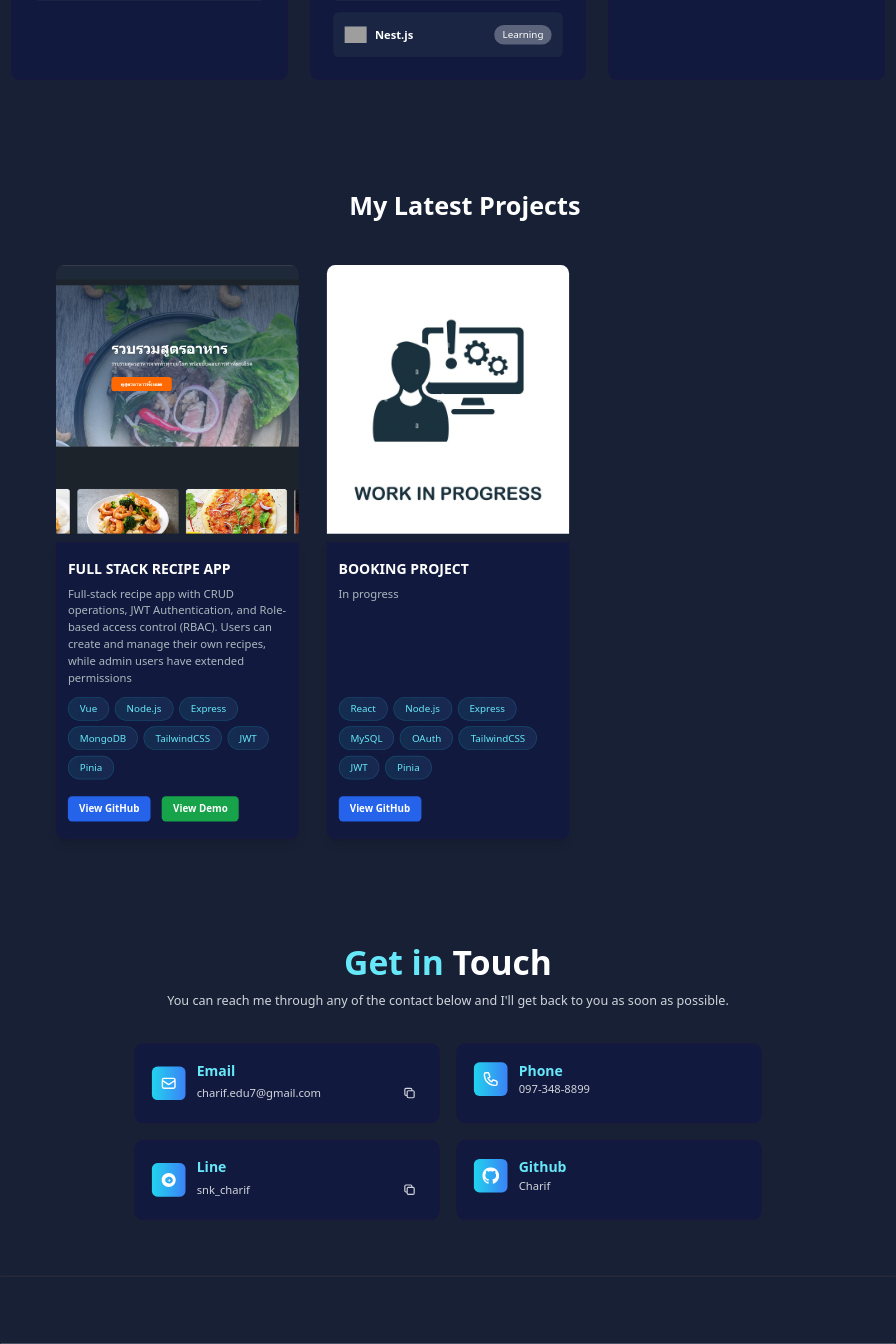
Repository: Charifx7/MyPortfolio
Page: /
These files come from the project's save history. The page is drawn as it stood at one moment and after a run of saves; the edit follows.
The browser window is 1280 px wide. The pictures show the part of the page from y = 1592 to 3512 px (the page is 3512 px tall), at 70% of full size.
Pictures or frames that could not be fetched are drawn as grey boxes. The project was rebuilt for these pictures with package versions that can differ from the ones it lists, and the page was loaded fresh each time. Also part of the build but not shown: vite.config.js.

Above is the page before, as saved 2026-02-14 10:48:29.

### src/App.vue
<template>
  <div class="bg-[#172035] min-h-screen w-full">
    <!-- Wrap components in Suspense to handle loading -->
     <Suspense>
      <template #default>
        <!-- Wrap all Components inside a single root element -->
         <div class="bg-[#172035]">
            <NavBar />
            <HeroSection />
            <AboutSection />
            <ExperienceAndSkills />
            <LatestProjSection />
            <ContactSection />
            <Footer/>
            <BackToTop />
      </div>
    </template>
    <template #fallback>
      <div class="flex justify-center items-center min-h-screen bg-[#172035]">
          <loadingSpinner />
      </div>
    </template>
  </Suspense>
  </div>
</template>

<script setup>
 import { defineAsyncComponent } from 'vue';
//Import Components Asynchronously
const NavBar = defineAsyncComponent(()=>import('@/components/NavBar.vue'));
const HeroSection = defineAsyncComponent(()=>import('@/components/HeroSection.vue'));
const ServicesSection = defineAsyncComponent(()=>import('@/components/ServicesSection.vue'));
const AboutSection = defineAsyncComponent(()=>import('@/components/AboutSection.vue'));
const TestimonialsSection = defineAsyncComponent(()=>import('@/components/TestimonialsSection.vue'));
const LatestProjSection = defineAsyncComponent(()=>import('@/components/LatestProjSection.vue'));
const ExperienceAndSkills = defineAsyncComponent(()=>import('@/components/ExperienceAndSkills.vue'));
const ContactSection = defineAsyncComponent(()=>import('@/components/ContactSection.vue'));
const Footer = defineAsyncComponent(()=>import('@/components/Footer.vue'));
const BackToTop = defineAsyncComponent(()=>import('@/components/BackToTop.vue'));
import loadingSpinner from './components/loadingSpinner.vue';
</script>
<style>

*{
  scrollbar-width: thin;
  scrollbar-color: #111827 #f1f1f1;
}

/* Add these styles to ensure background color consistency */
html, body {
  background-color: #172035;
  min-height: 100%;
}
</style>

### src/components/loadingSpinner.vue
<template>
    <div class="flex justify-center items-center h-full">
        <svg class="animate-spin h-16 w-16 text-white" xmlns="http://www.w3.org/2000/svg" viewBox="0 0 24 24">
            <defs>
                <linearGradient id="gradient1" x1="0%" y1="0%" x2="100%" y2="100%">
                    <stop offset="0%" stop-color="#00aeff" />
                    <stop offset="100%" stop-color="#dbebfa" />
                </linearGradient>
            </defs>
            <circle class="opacity-25" cx="12" cy="12" r="10" stroke="url(#gradient1)" stroke-width="4" fill="none">
            </circle>
            <path fill="#00aeff" d="M4 12a8 8 0 018-8V0C5.373 0 0 5.373 0 12h4z"></path>
        </svg>
    </div>
</template>

### src/components/NavBar.vue
<template>
    <header class="flex justify-between items-center p-6 bg-opacity-50 relative z-20 ">
        <div class="text-white text-xl font-bold"></div>
        <!-- Mobile Toggle Button -->
        <div class="md:hidden z-30">
            <button type="button" class="block focus:outline-none" @click="isMenuOpen = !isMenuOpen">
                <span v-if="isMenuOpen" class="text-5xl">
                    <img src="https://img.icons8.com/ios-filled/100/ffffff/delete-sign.png" alt="close" width="50"
                        height="50">
                </span>
                <span v-else class="text-5xl">
                    <img src="https://img.icons8.com/ios-filled/100/ffffff/menu--v6.png" alt="menu" width="50"
                        height="50">
                </span>
            </button>
        </div>
        <!-- Navbar Link -->
        <nav :class="['fixed inset-0 z-20 flex flex-col items-center justify-center bg-[#111827] md:relative md:bg-transparent md:flex md:justify-between md:flex-row',
            isMenuOpen ? 'block' : 'hidden'
        ]">
            <ul class="flex flex-col items-center space-y-5 md:flex-row md:space-x-5 md:space-y-0">
                <li v-for="item in Menu" :key="item.name">
                    <a :href="item.href"
                        class="block text-white transition hover:text-cyan-300 ease-linear text-2xl md:text-lg"
                        @click="scrollToSection(item.href)">
                        {{ item.name }}
                    </a>
                </li>
            </ul>
        </nav>
    </header>
</template>
<script setup>
import { ref } from 'vue';
const Menu = ref([
    { name: 'About Me', href: '#about' },
    { name: 'Skills', href: '#skills' },
    { name: 'Projects', href: '#projects' },
    { name: 'Contact', href: '#contact' },
]);

const isMenuOpen = ref(false)
const scrollToSection = (href) => {
    isMenuOpen.value = false;
    const section = document.querySelector(href);
    if (section) {
        section.scrollIntoView({ behavior: 'smooth' });
    }

}

</script>

### src/components/HeroSection.vue
<template>
    <section class="relative w-full" data-aos="zoom-in-up">
        <div class="w-full px-5 sm:px-8 md:px-12 lg:px-8 max-w-screen-lg lg:max-w-screen-xl mx-auto relative">
            <div class="grid lg:grid-cols-2 gap-10 xl:gap-14 relative pt-24 lg:max-w-none max-w-2xl md:max-w-3xl mx-auto">
                <div class="lg:py-6">
                    <div class="text-center lg:text-left">
                        <h1 class="pt-4 text-white font-bold text-4xl md:text-5xl lg:text-6xl">
                            Hi, I'm <span
                                class="text-transparent bg-gradient-to-r sm:bg-gradient-to-b md:bg-gradient-to-l lg:bg-gradient-to-r bg-clip-text from-cyan-400 to-blue-600">
                                Charif
                            </span>
                        </h1>
                    </div>
                    <p
                        class="text-gray-300 pt-8 text-center lg:text-left mx-auto max-w-xl text-4xl text-transparent bg-gradient-to-r sm:bg-gradient-to-b md:bg-gradient-to-l lg:bg-gradient-to-r from-cyan-400 to-blue-600 bg-clip-text">
                        Web Developer
                    </p>
                    <div class="flex items-center gap-3 pt-9 flex-col sm:flex-row sm:w-max sm:mx-auto lg:mx-0">
                        <a href="https://drive.google.com/file/d/1FlvfmhR0NsK0Ti8Xo9rk8j5-feIFt_Xn/view?usp=sharing" target="_blank" class="w-full sm:w-max">
                            <button class="border ry px-6 md:px-7 py-3 rounded-full relative group w-full flex justify-center
            bg-gradient-to-r from-cyan-600 to-blue-600 transition-transform duration-500 hover:scale-105"
                                style="background-color: #4DD0E1; border-color: #004d73;">
                                <span class="text-lg font-bold text-white">Resume</span>
                            </button>
                        </a>
                    </div>
                </div>
                <div class="flex items-center justify-center lg:h-full md:h-auto">
                    <div
                        class="relative flex items-center justify-center w-72 h-72 sm:w-96 sm:h-96 rounded-full shadow-lg border">
                        <img src="@/assets/top_picture.jpg" alt="Hero pic" width="500" height="auto" loading="lazy"
                            class="w-full h-full rounded-full object-cover fade-in-zoom" />
                        <div
                            class="absolute inset-0 bg-gradient-to-tr opacity-25 from-[#007fdb] to-[#832561] blur-2xl z-[-1]">
                        </div>
                    </div>
                </div>
            </div>
        </div>
    </section>
</template>
<script setup>
import { ref } from 'vue';
const Menu = ref([
    { name: 'About Me', href: '#about' },
    { name: 'Skills', href: '#skills' },
    { name: 'Projects', href: '#projects' },
    { name: 'Contact', href: '#contact' },
]);

import AOS from 'aos';
import 'aos/dist/aos.css';
AOS.init();
</script>

<style>
@keyframes fadeInZoom {
    0% {
        opacity: 0;
        transform: scale(0.9);
    }

    100% {
        opacity: 1;
        transform: scale(1);
    }
}

.fade-in-zoom {
    animation: fadeInZoom 1s ease-out forwards;
}
</style>

### src/components/AboutSection.vue
<template>
    <section class="text-white mt-18 w-full" id="about">
        <div class="absolute z-0 top-[93rem] inset-x-0 h-64 flex items-start">
            <div class="h-24 w-64 bg-gradient-to-br opacity-20"></div>
        </div>
        <div class="grid grid-cols-1 md:grid-cols-2 gap-16 items-start py-8 px-4 xl:gap-16 sm:py-16 xl:px-16 z-1">
            <!-- Education Section -->
            <div data-aos="flip-right" class="space-y-8">
                <h2 class="text-4xl font-bold text-white text-left mb-4">
                    <span class="text-cyan-300">Education</span>
                </h2>
                <div class="space-y-8">
                    <div v-for="element in education" :key="element.id"
                        class="flex items-center rounded-xl shadow-lg border border-[#1f1641] py-3 bg-gradient-to-r from-[#111a3e] to-[#111a3e]">
                        <div class="w-full pl-4">
                            <h3 class="text-cyan-300 text-left text-2xl">
                                {{ element.School }}
                            </h3>
                            <p class="text-white">{{ element.program }}</p>
                            <p class="text-white">{{ element.year }}</p>
                        </div>
                    </div>
                    <h2 class="text-4xl font-bold text-white text-left mb-4">
                        <span class="text-cyan-300">Work Experience</span>
                    </h2>
                    <div class="space-y-8">
                        <div v-for="element in workExperience" :key="element.id"
                            class="flex items-center rounded-xl shadow-lg border border-[#1f1641] py-3 bg-gradient-to-r from-[#111a3e] to-[#111a3e]">
                            <div class="w-full pl-4">
                                <h3 class="text-cyan-300 text-left text-2xl">
                                    {{ element.Company }}
                                </h3>
                                <p class="text-white">{{ element.role }}</p>
                                <p class="text-white">{{ element.duration }}</p>
                            </div>
                        </div>
                    </div>
                </div>
            </div>
            <!-- About Me Section -->
            <div class="space-y-8" data-aos="flip-right">
                <h2 class="text-4xl font-bold text-white text-left mb-4">
                    <span class="text-cyan-300">About</span> Me
                </h2>
                <p class="text-base lg:text-lg">
                    My name is Muhammadcharif Binlateh, and I am graduate in Computer Science
                    with a passion for creating responsive, user-friendly websites. I am always eager to learn new
                    technologies to improve my skills. In addition, I am ready to
                    provide technical assistance within the organization, and I look forward to growing in the field of
                    web development.
                </p>
            </div>
        </div>
    </section>
</template>

<script setup>
import { ref } from 'vue';
const education = ref([
    {
        id: 1,
        School: 'Prince of Songkla University',
        program: 'Bachelor of Science (Computer Science)',
        year: '2019-2023'
    },
])
const workExperience = ref([
    {
        id: 1,
        Company: 'BRK Inter Transport Company Limited',
        role: 'IT Programmer',
        duration: 'Oct 2025 - Current'
    },
])
</script>

### src/components/LatestProjSection.vue
<template>
    <section class="text-white mt-20" id="projects">
        <div class="px-4 xl:pl-16">
            <div class="mb-4 flex justify-center">
                <h2 class="text-4xl font-bold text-white" data-aos="fade-up">My Latest Projects</h2>
            </div>
            <ul class="px-4 sm:py-16 xl:pr-16 grid grid-cols-1 gap-6 pt-10 sm:grid-cols-2 md:gap-10 md:pt-12 lg:grid-cols-3"
                data-aos="fade-right">
                <div v-for="project in Projects" :key="project.id"
                    class="flex flex-col h-full transition-transform duration-500 hover:scale-105">
                    <div class="h-52 md:h-[24rem] rounded-t-xl relative flex items-center justify-center"
                        :style="{
                            backgroundImage: 'url(' + project.image + ')',
                            backgroundSize: 'cover',
                            backgroundPosition: 'center',
                            backgroundRepeat: 'no-repeat'
                        }">
                    </div>
                    <div class="flex flex-col flex-grow text-white rounded-b-xl mt-3 bg-[#111a3e] shadow-lg border border-[#1f1641] py-6 px-4">
                        <h3 class="text-lg font-semibold uppercase lg:text-xl">{{ project.title }}</h3>
                        <p class="text-[#ADB7BE] flex-grow min-h-[60px] mt-2">{{ project.description }}</p>
                        <div class="flex flex-wrap gap-2 mt-4 mb-6">
                            <div v-for="technology in project.technologies" :key="technology"
                                class="text-center rounded-full px-4 py-1.5 text-sm font-medium
                                       bg-gradient-to-r from-cyan-400/10 to-blue-400/10
                                       border border-cyan-400/20
                                       text-cyan-300 "
                            >
                                {{ technology }}
                            </div>
                        </div>
                        <!-- Buttons for GitHub and Demo -->
                        <div class="flex mt-auto space-x-4">
                            <a :href="project.gitURL" target="_blank"
                                class="px-4 py-2 text-sm font-semibold text-white bg-blue-600 rounded-md hover:bg-blue-700">
                                View GitHub
                            </a>
                            <a v-if="project.webURL" :href="project.webURL" target="_blank"
                                class="px-4 py-2 text-sm font-semibold text-white bg-green-600 rounded-md hover:bg-green-700">
                                View Demo
                            </a>
                        </div>
                    </div>
                </div>
            </ul>
        </div>
    </section>
</template>
<script setup>
import { ref, computed } from 'vue';

const Projects = ref([
    {
        id: 1,
        image: '/assets/project3.png',
        title: 'Full stack Recipe app',
        description: 'Full-stack recipe app with CRUD operations, JWT Authentication, and Role-based access control (RBAC). Users can create and manage their own recipes, while admin users have extended permissions',
        technologies: ['Vue','Node.js','Express', 'MongoDB','TailwindCSS', 'JWT','Pinia'],
        gitURL: 'https://github.com/Charifx7/fullstack_MEVN_recipe_app',
        webURL: 'https://fullstack-mevn-recipe-app-charif.vercel.app/'
    },

    {
        id: 4,
        image: '/assets/project0.jpg',
        title: 'Booking Project',
        description: 'In progress',
        technologies: ['React', 'Node.js', 'Express','MySQL','OAuth','TailwindCSS','JWT','Pinia'],
        gitURL: 'https://github.com/Charifx7',
        webURL: ''
    },
    // {
    //     id: 0,
    //     image: '/assets/project0.jpg',
    //     title: 'TEMP',
    //     description: 'TEMP',
    //     technologies: ['TEMP'],
    //     gitURL: 'https://github.com/Charifx7',
    //     webURL: ''
    // },

]);



</script>

### src/components/Footer.vue
<template>
    <footer class="mt-8 border z-10 border-t-[#33353F] border-l-transparent border-r-transparent text-white">
        <div class="container p-12 flex justify-between">
            <!-- <div class="text-white text-3xl font-bold">Charif</div>-->
            <p class="text-slate-600"></p>
        </div>
    </footer>
</template>

### src/components/BackToTop.vue
<template>
    <button v-if="isVisible" @click="scrollToTop" class="fixed bottom-4 right-4 bg-gradient-to-r from-[#007fdb] to-[#004d73] text-white
    rounded-full w-12 h-12 flex items-center justify-center text-xl cursor-pointer transition-opacity duration-300 hover:bg-blue-600
    ">
        ↥
    </button>
</template>
<script setup>
import { ref, onMounted, onUnmounted } from 'vue';
const isVisible = ref(false);
const handleScroll = () => {
    isVisible.value = window.scrollY > 300;
}
const scrollToTop = () => {
    window.scrollTo({ top: 0, behavior: 'smooth' })
}
onMounted(() => {
    window.addEventListener('scroll', handleScroll)
});

onUnmounted(() => {
    window.removeEventListener('scroll', handleScroll);
})
</script>

Loaded but not shown: index.html (common file); src/main.js (common file); src/style.css (common file); tailwind.config.js (13 lines, source omitted); src/components/ExperienceAndSkills.vue (208 lines, source omitted); src/components/ContactSection.vue (175 lines, source omitted)

After the next 2 saves:
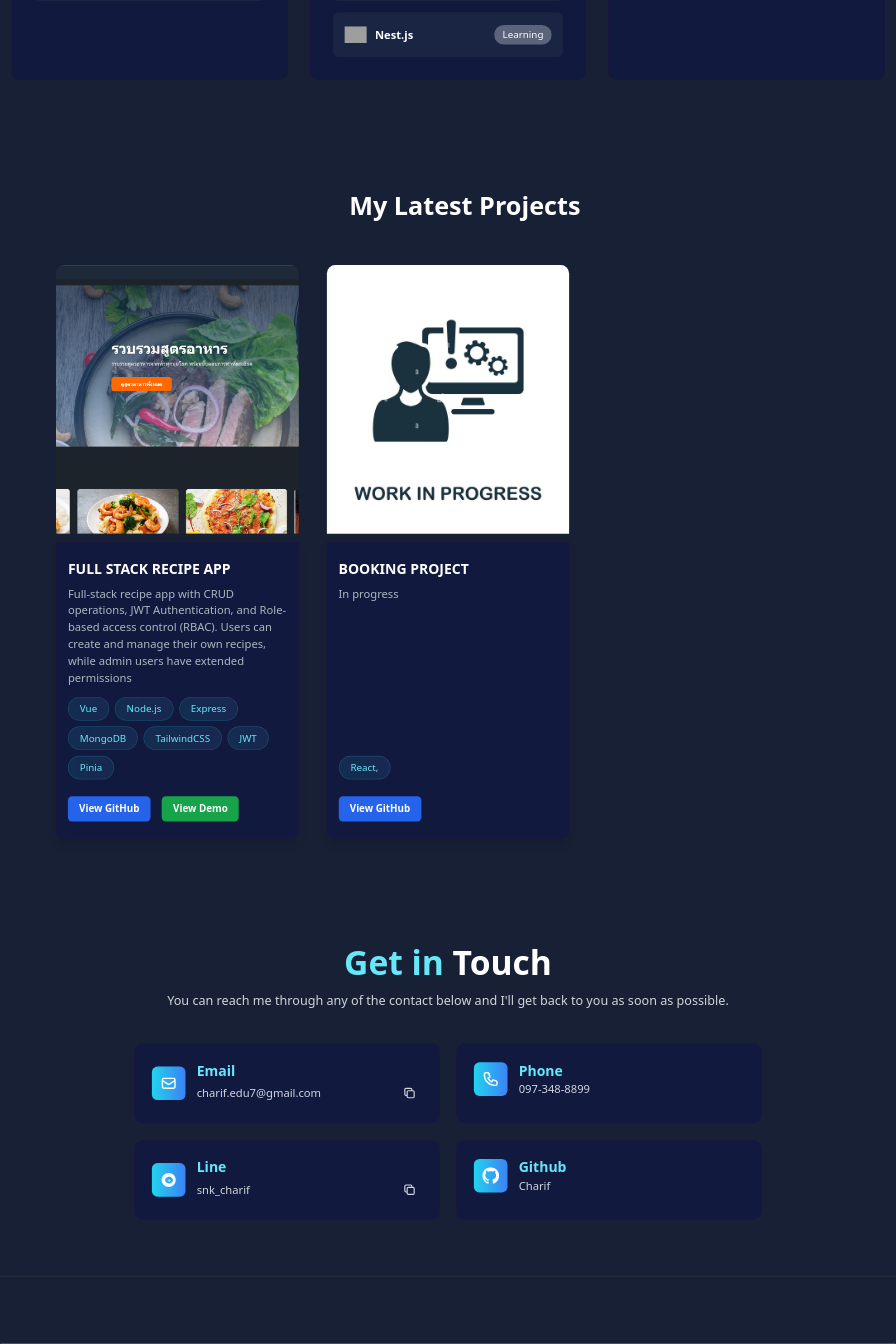
The 2 saves are shown as one change because they came seconds apart.
The last was saved 2 min 9 s later.
--- a/src/components/LatestProjSection.vue
+++ b/src/components/LatestProjSection.vue
@@ -65,7 +65,7 @@ const Projects = ref([
         image: '/assets/project0.jpg',
         title: 'Booking Project',
         description: 'In progress',
-        technologies: ['React', 'Node.js', 'Express','MySQL','OAuth','TailwindCSS','JWT','Pinia'],
+        technologies: ['React,'],
         gitURL: 'https://github.com/Charifx7',
         webURL: ''
     },
